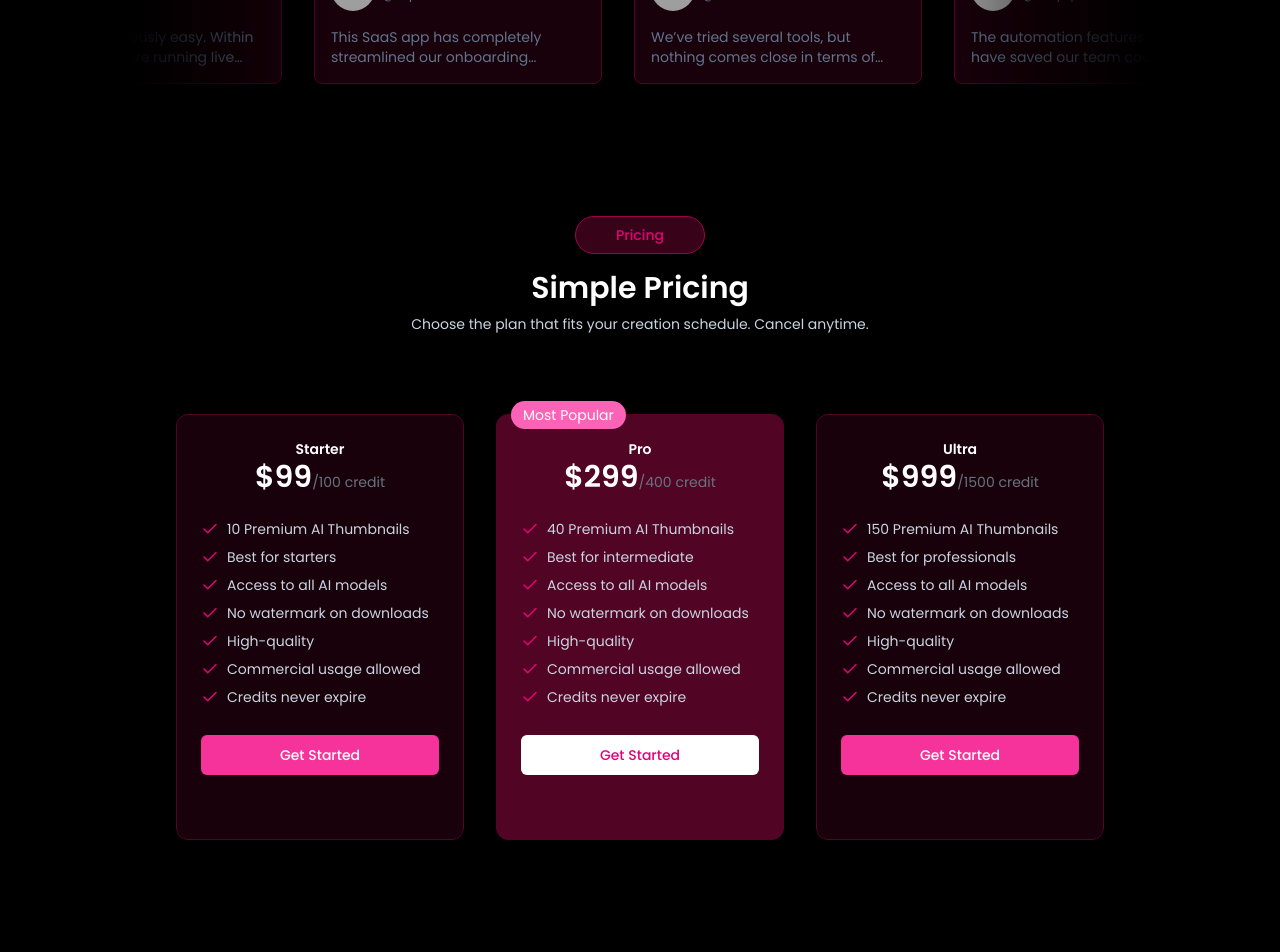
Repository: abhiraj33181/Thumblify
Page: / (app in client/)
An editor plug-in stored every save of this project. The page is shown before and after the next save, followed by the edit.
The browser window is 1280 px wide. The pictures show the part of the page from y = 3116 to 4068 px (the page is 5382 px tall).
Pictures or frames that could not be fetched are drawn as grey boxes. The project was rebuilt for these pictures with package versions that can differ from the ones it lists, and the page was loaded fresh each time. Also part of the build but not shown: client/vite.config.ts.

Above is the page before, as saved 2026-01-08 10:01:15.

After the next save:
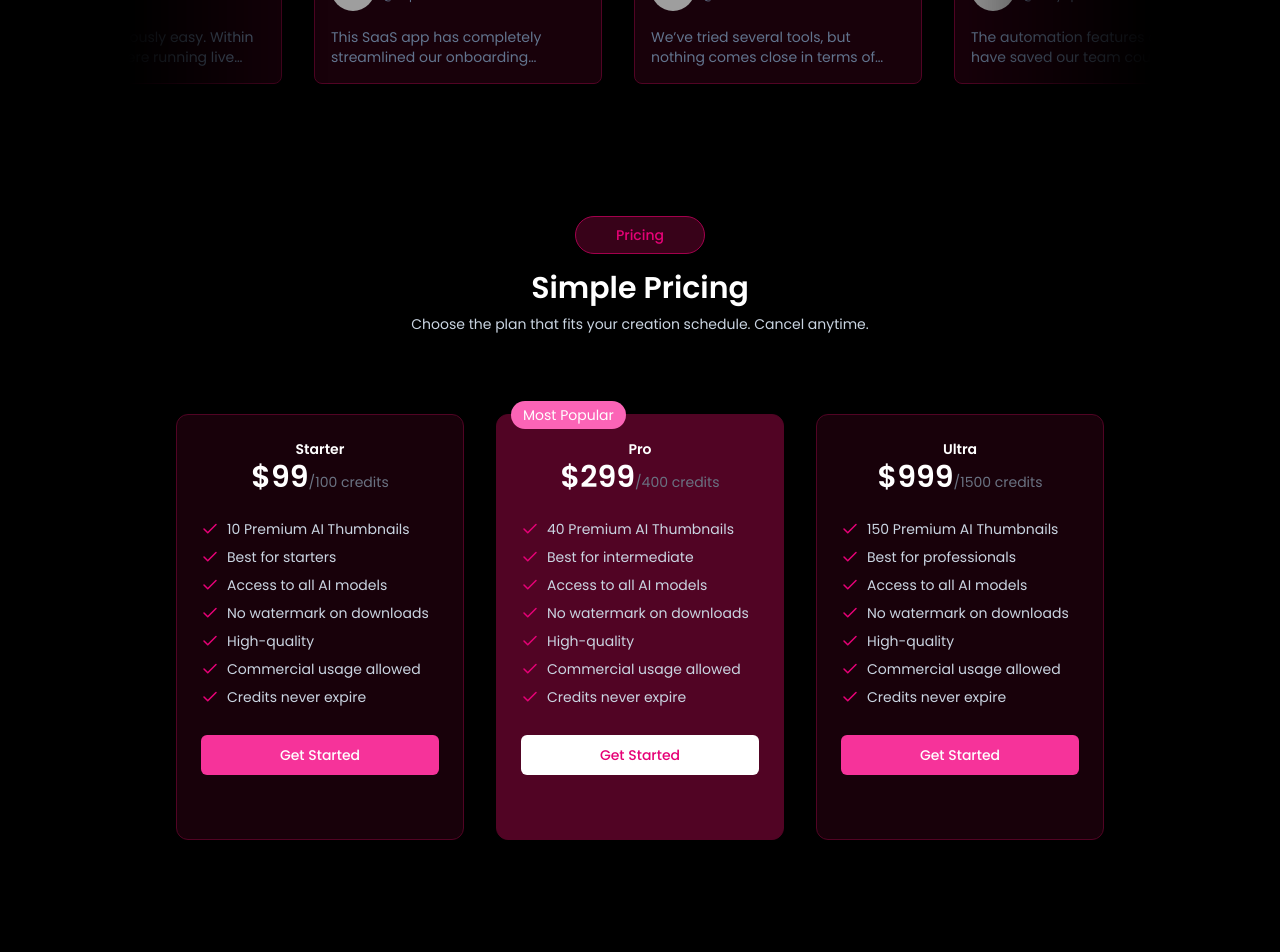
Saved 14 s later.
--- a/client/src/sections/PricingSection.tsx
+++ b/client/src/sections/PricingSection.tsx
@@ -22,7 +22,7 @@ export default function PricingSection() {
                             <p className="absolute px-3 text-sm -top-3.5 left-3.5 py-1 bg-pink-400 rounded-full">Most Popular</p>
                         )}
                         <p className="font-semibold">{plan.name}</p>
-                        <h1 className="text-3xl font-semibold">${plan.price}<span className="text-gray-500 font-normal text-sm">/{plan.credits} credit</span></h1>
+                        <h1 className="text-3xl font-semibold">${plan.price}<span className="text-gray-500 font-normal text-sm">/{plan.credits} credits</span></h1>
                         <ul className="list-none text-slate-300 mt-6 space-y-2">
                             {plan.features.map((feature, index) => (
                                 <li key={index} className="flex items-center gap-2">
